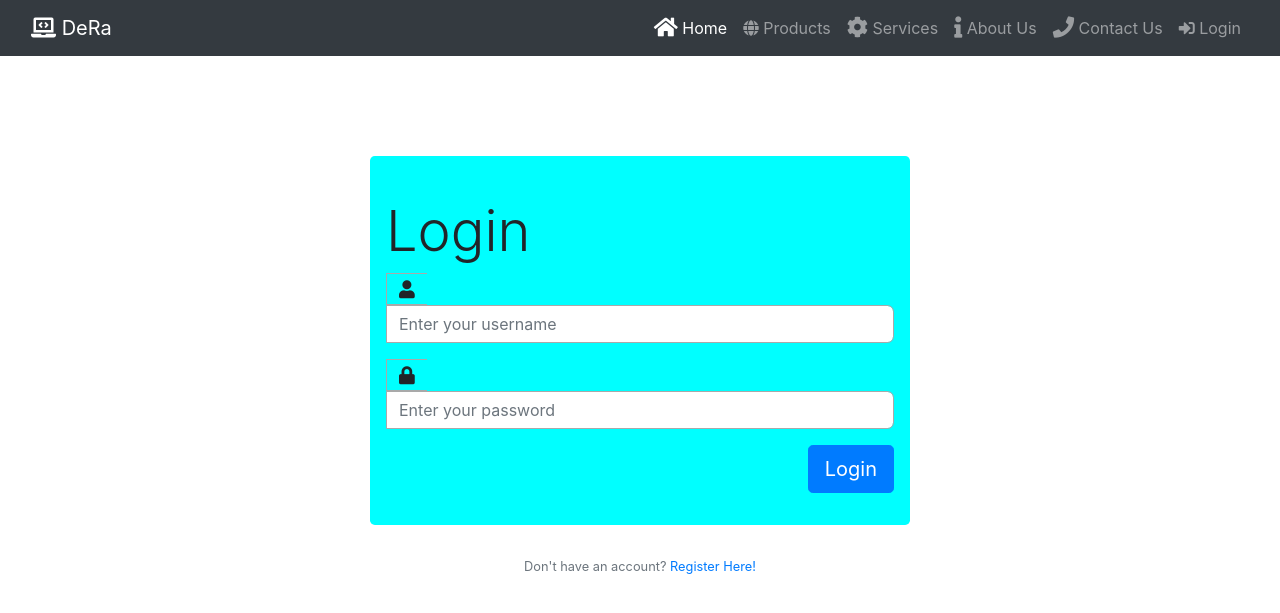
Repository: deividwsantoss/web6201-Lab1
Page: login.html
An editor plug-in stored every save of this project. The page is shown before and after the next save, followed by the edit.
The browser window is 1280 px wide. The pictures show the whole page.

Above is the page before, as saved 2021-03-03 16:13:16.

After the next save:
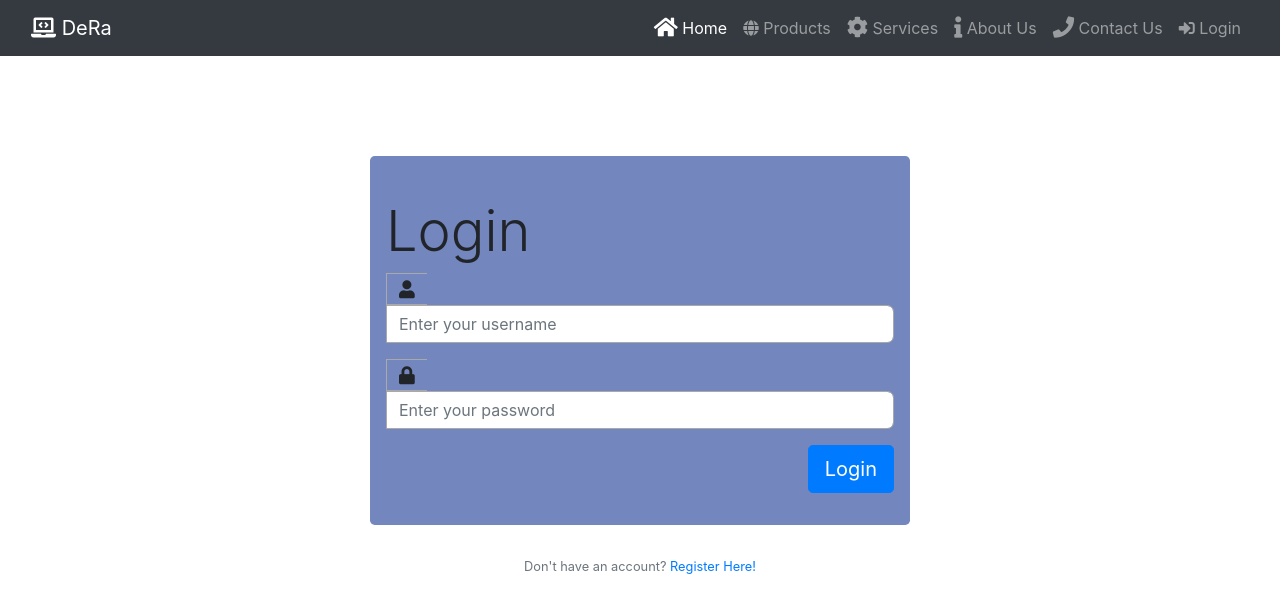
Saved 43 s later.
--- a/Content/app.css
+++ b/Content/app.css
@@ -179,7 +179,7 @@ h1{
 {
     padding: 2rem 1rem;
     margin-bottom: 2rem;
-    background-color: aqua;
+    background-color: rgb(115, 135, 190);
     border-radius: .3rem;
     margin-top: 100px;
 }
